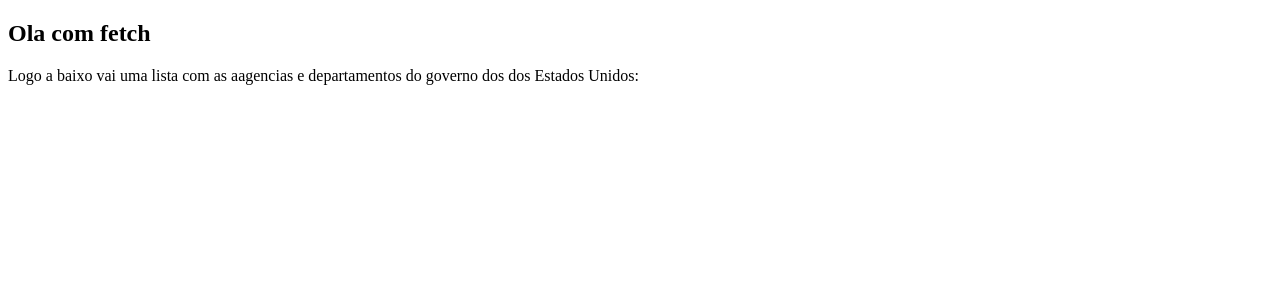
Repository: gustavo-eng/usaJobs
Page: index.html
An editor plug-in stored every save of this project. The page is shown before and after the next save, followed by the edit.
The browser window is 1280 px wide. The pictures show the whole page.
The page's requests for data from a server got no answer.

Above is the page before, as saved 2023-01-08 16:13:15.

### index.html
<!DOCTYPE html>
<html lang="en">
<head>
    <meta charset="UTF-8">
    <meta http-equiv="X-UA-Compatible" content="IE=edge">
    <meta name="viewport" content="width=device-width, initial-scale=1.0">
    <title>Document</title>
</head>
<body>
    <h2>Ola com fetch</h2>
    <p>Logo a baixo vai uma lista com as aagencias e departamentos do governo dos
        dos Estados Unidos:
    </p>
    <div>

    </div>
    <script>
        let a = []
        fetch('https://data.usajobs.gov/api/codelist/agencysubelements')
            .then(res => res.json())
            .then((dados) =>  {
                const a = dados.CodeList[0].ValidValue
                return console.log(dados.CodeList[0].ValidValue)
            })






    </script>
</body>
</html>

After the next save:
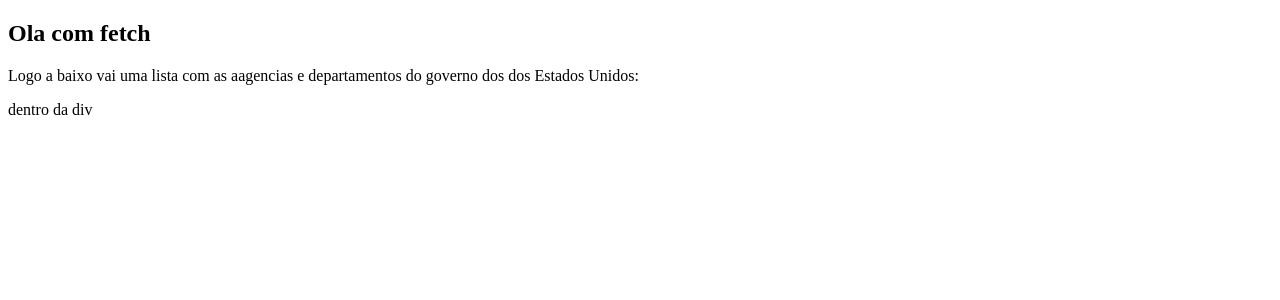
Saved 3 min 16 s later.
--- a/index.html
+++ b/index.html
@@ -24,6 +24,8 @@
             })
 
 
+        document.querySelector('div').innerHTML = 'dentro da div'
+
 
 
 
